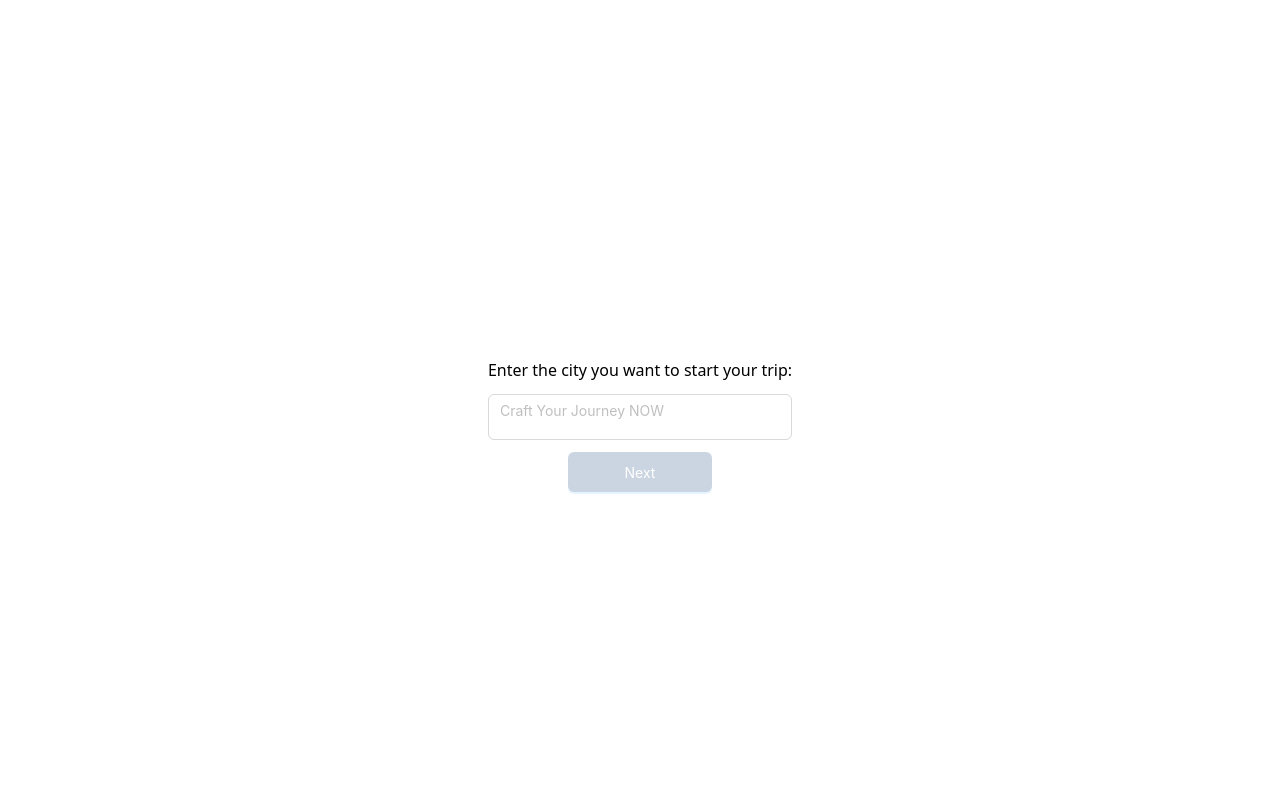
Repository: hjzccc/travel-planner
Page: /
These files come from the project's save history. The page is drawn as it stood at one moment and after the next save; the edit follows.
The browser window is 1280 px wide. The pictures show the whole page.
The project was rebuilt for these pictures with package versions that can differ from the ones it lists, and the page was loaded fresh each time. The framework's server and built-in components were replaced by stand-ins that run in the browser. Also part of the build but not shown: next.config.js.

Above is the page before, as saved 2023-06-21 00:05:08.

After the next save:
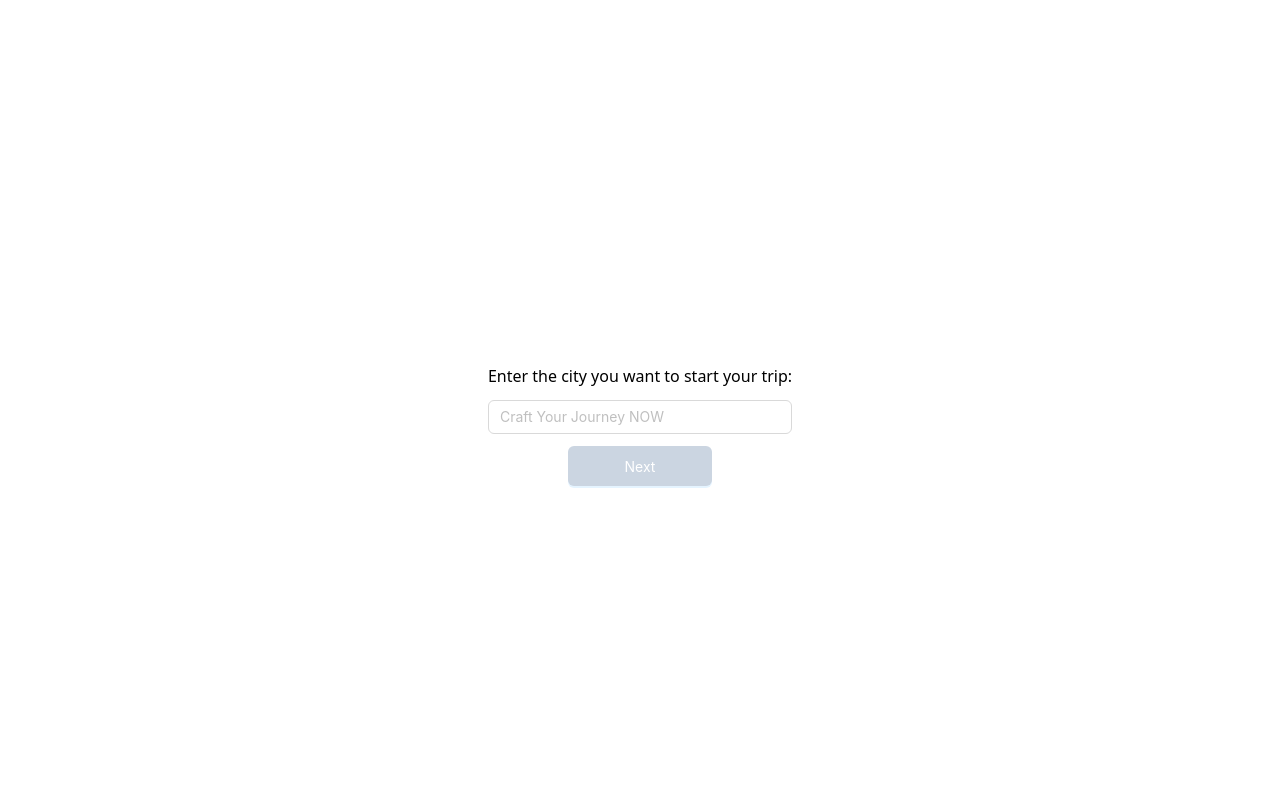
Saved 32 s later.
--- a/app/page.tsx
+++ b/app/page.tsx
@@ -14,7 +14,7 @@ export default function Home() {
       <div className="flex flex-col items-center">
         <p>Enter the city you want to start your trip:</p>
         <Input
-          className="block mx-2 my-3"
+          className="mx-2 my-3"
           placeholder="Craft Your Journey NOW"
           allowClear
           type="text"
